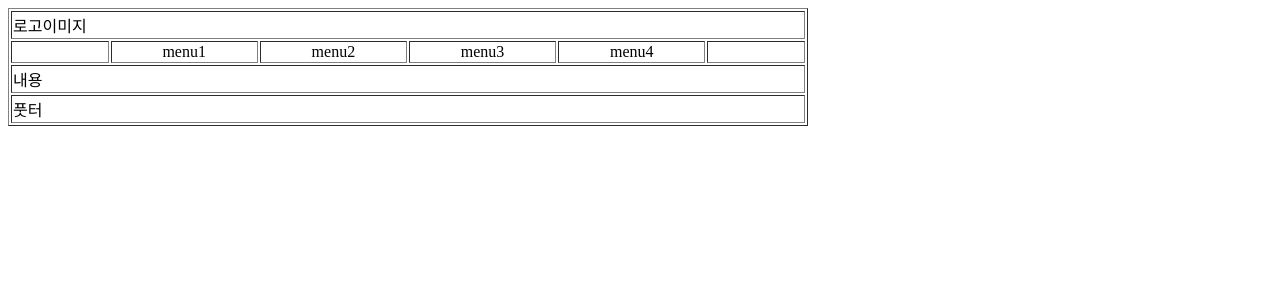
Repository: hwa3845/fullstackjava
Page: http://localhost/web02/
These files come from the project's save history. The page is drawn as it stood at one moment and after the next save; the edit follows.
The browser window is 1280 px wide. The pictures show the whole page.
The page is served by Tomcat 9.

Above is the page before, as saved 2025-04-15 05:55:28.

After the next save:
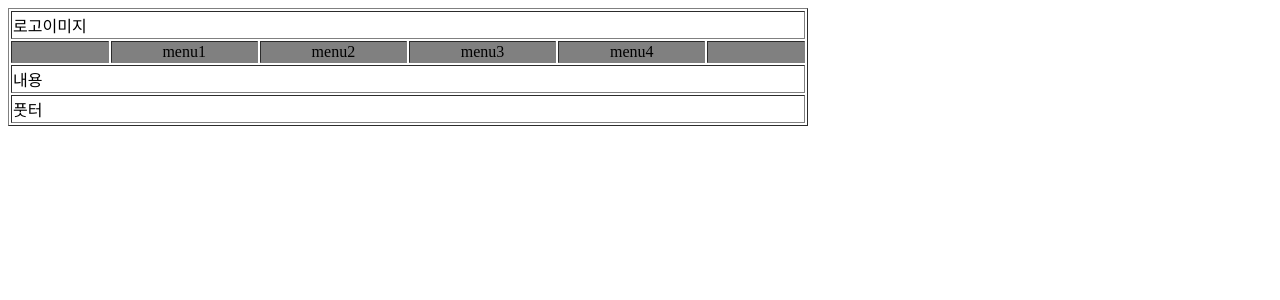
Saved 36 s later.
--- a/webWorkspace/web02/WebContent/index.jsp
+++ b/webWorkspace/web02/WebContent/index.jsp
@@ -12,12 +12,12 @@
 		<td colspan="6">로고이미지</td>
 	</tr>
 	<tr>
-		<td width="100"></td>
-		<td width="150" align="center">menu1</td>
-		<td width="150" align="center">menu2</td>
-		<td width="150" align="center">menu3</td>
-		<td width="150" align="center">menu4</td>
-		<td width="100"></td>
+		<td width="100" bgcolor="gray"></td>
+		<td width="150" bgcolor="gray" align="center">menu1</td>
+		<td width="150" bgcolor="gray" align="center">menu2</td>
+		<td width="150" bgcolor="gray" align="center">menu3</td>
+		<td width="150" bgcolor="gray" align="center">menu4</td>
+		<td width="100" bgcolor="gray"></td>
 	</tr>
 	<tr>
 		<td colspan="6">내용</td>
